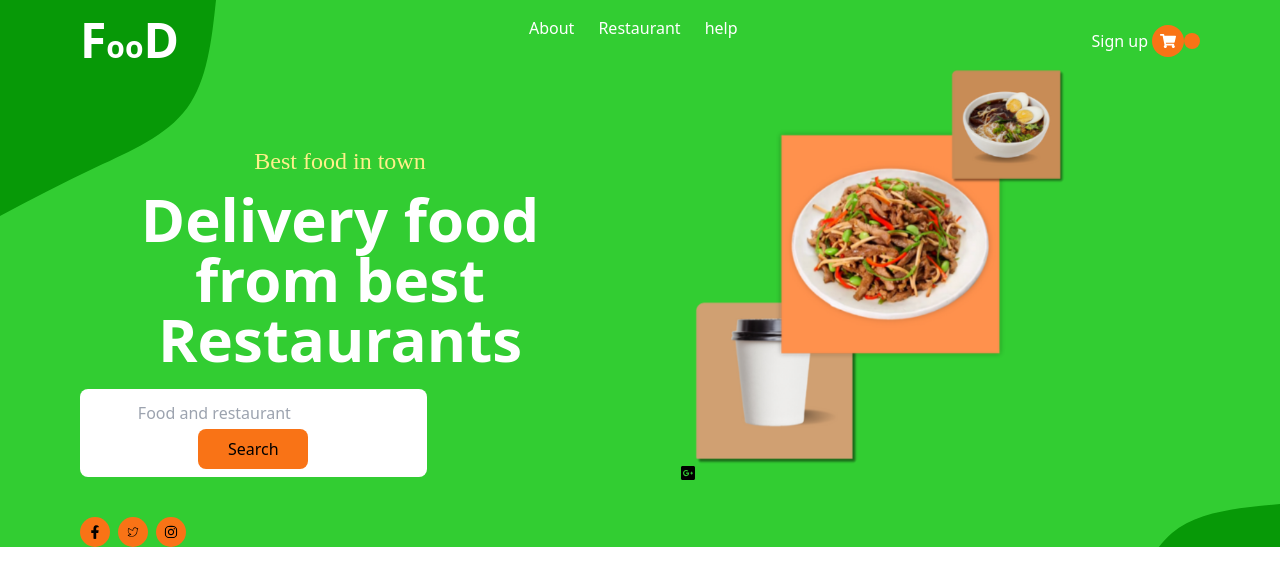
Repository: KhushiCode14/FoodWeb
Page: /
The author's editor kept a copy of each file at every save. The page is drawn from the files as they stood at one save, then again after the next save.
The browser window is 1280 px wide. The pictures show the whole page.
The project was rebuilt for these pictures with package versions that can differ from the ones it lists, and the page was loaded fresh each time. Also part of the build but not shown: src/components/Home/SignUp.tsx, src/components/Home/SignIn.tsx.

Above is the page before, as saved 2024-09-19 20:44:45.

After the next save:
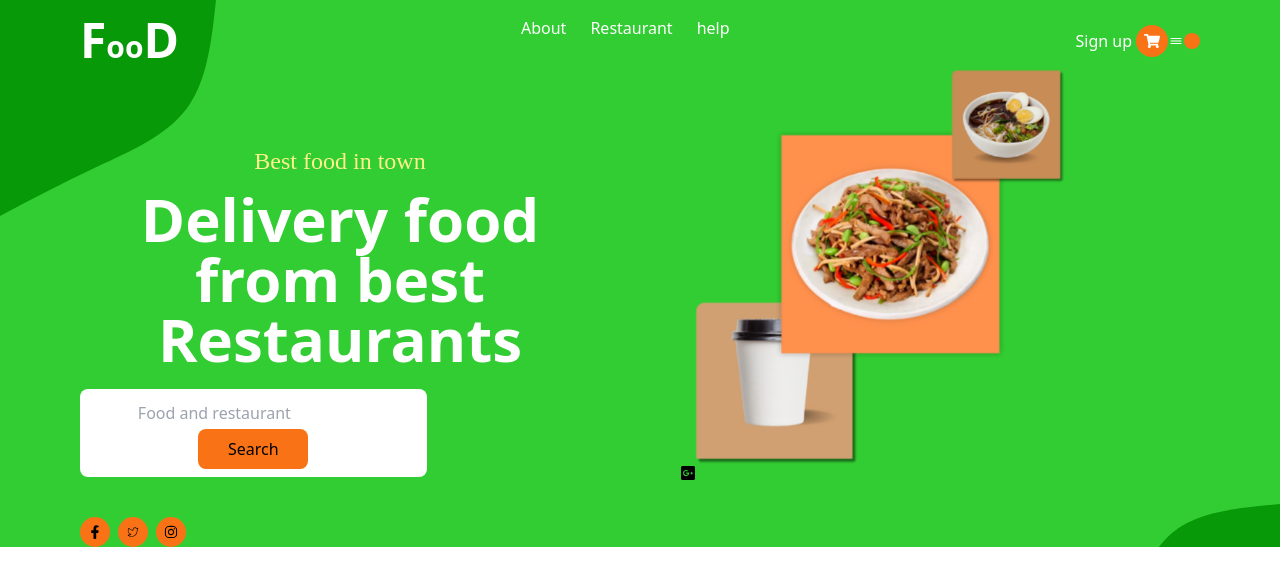
Saved 31 s later.
--- a/src/Pages/Navbar.tsx
+++ b/src/Pages/Navbar.tsx
@@ -45,6 +45,9 @@ const Navbar: React.FC = () => {
         <div onClick={handleCart}className="bg-orange-500  p-2 rounded-full" >
           {cart}
         </div>
+        <div>
+          <IoReorderThreeOutline/>
+        </div>
         <IoReorderThreeOutline className="bg-orange-500  p-2 rounded-full"  />
 
 
